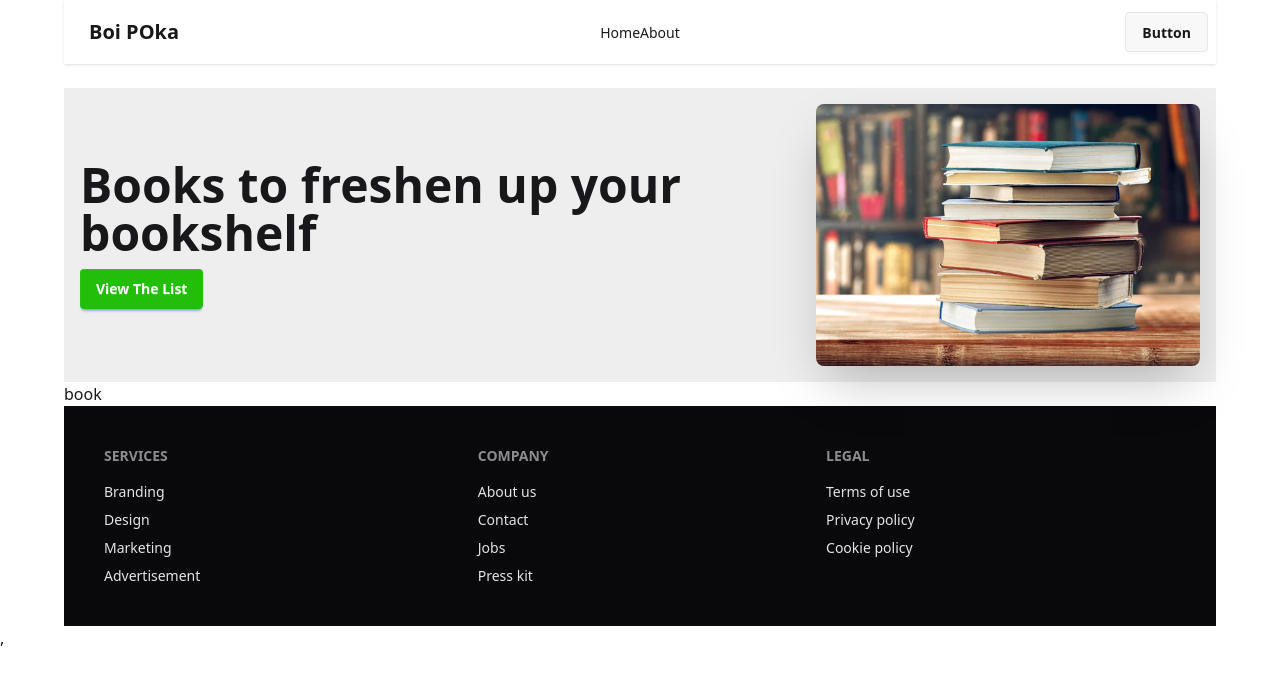
Repository: SanjidaSnigdha/Boipoka-Book-Vibe-Project
Page: /
These files come from the project's save history. The page is drawn as it stood at one moment and after the next save; the edit follows.
The browser window is 1280 px wide. The pictures show the whole page.
The project was rebuilt for these pictures with package versions that can differ from the ones it lists, and the page was loaded fresh each time. Also part of the build but not shown: vite.config.js, src/App.css, src/App.jsx, src/Pages/Root/ErrorPage/ErrorPage.jsx.

Above is the page before, as saved 2026-05-12 12:58:52.

After the next save:
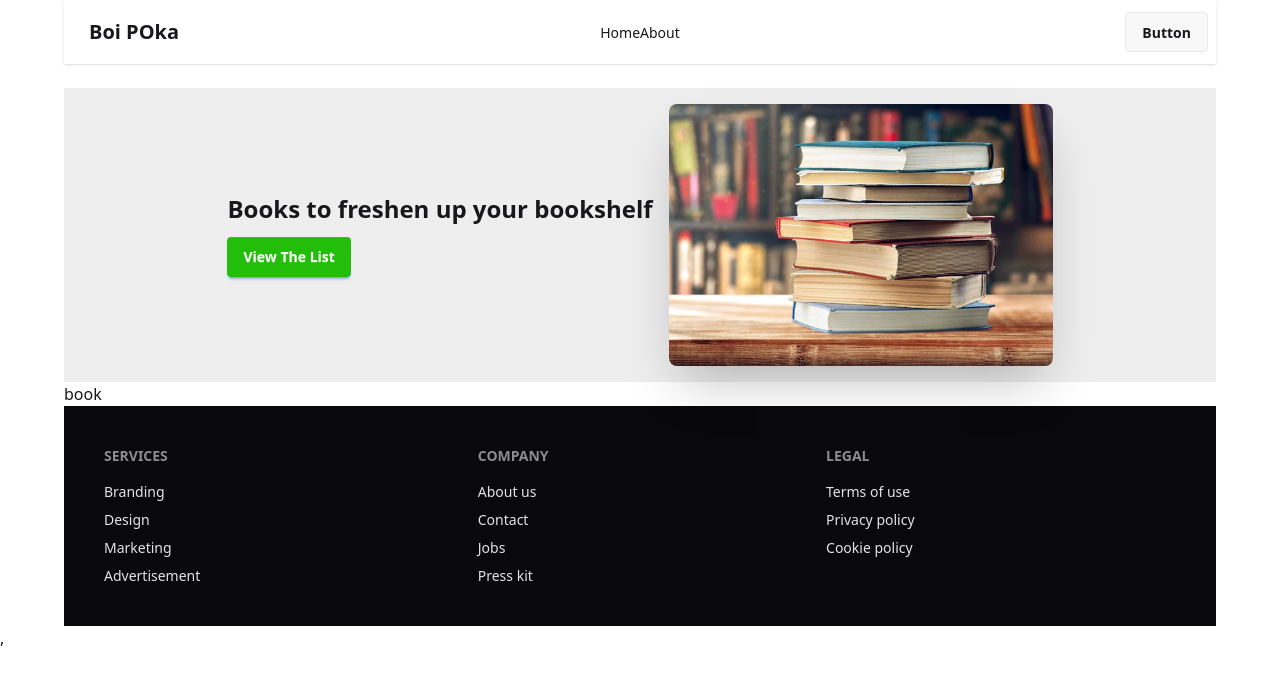
Saved 55 s later.
--- a/src/Components/Banner/Banner.jsx
+++ b/src/Components/Banner/Banner.jsx
@@ -11,7 +11,7 @@ const Banner = () => {
       className="max-w-sm rounded-lg shadow-2xl "
     />
     <div>
-      <h1 className="text-5xl font-bold">Books to freshen up your bookshelf </h1>
+      <h1 className="text-2xl font-bold">Books to freshen up your bookshelf </h1>
        <button className="btn btn-primary bg-[#23BE0A] border-0 text-[#FFFFFF] mt-3">View The List</button>
     </div>
   </div>
